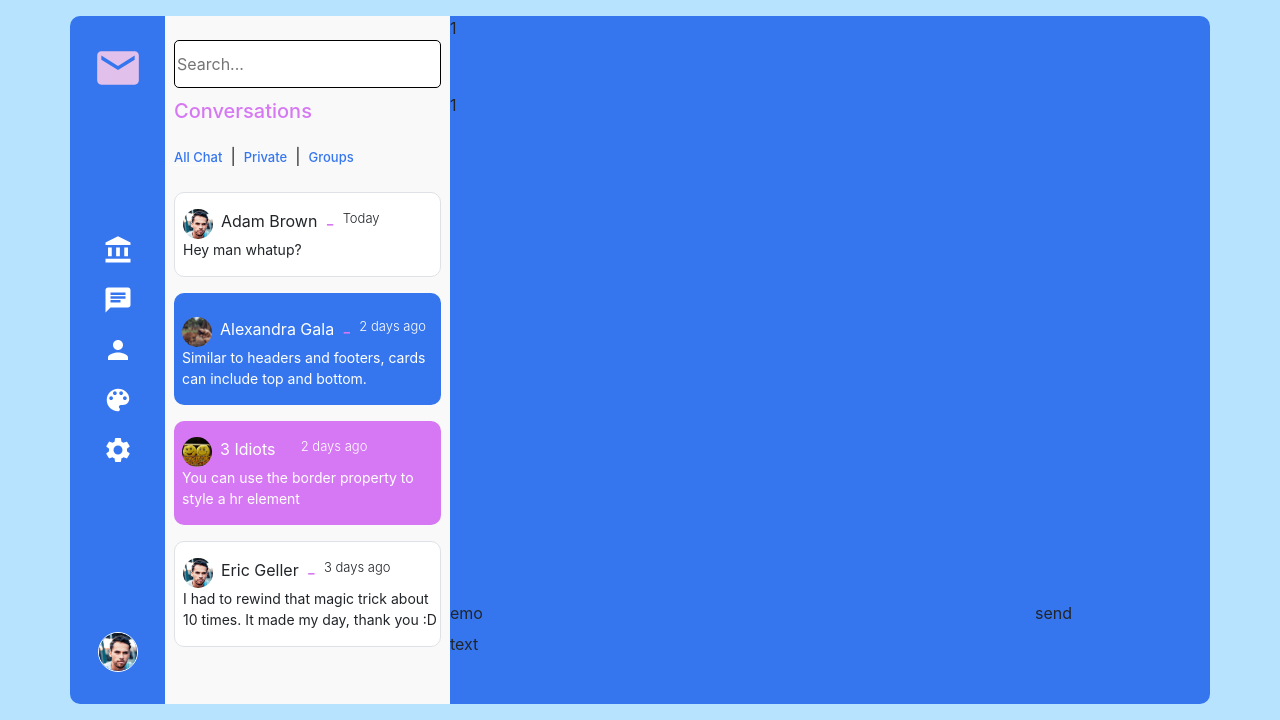
Repository: arafat877/super-chat
Page: /
The author's editor kept a copy of each file at every save. The page is drawn from the files as they stood at one save, then again after the next save.
The browser window is 1280 px wide. The pictures show the whole page.
The project was rebuilt for these pictures with package versions that can differ from the ones it lists, and the page was loaded fresh each time.

Above is the page before, as saved 2020-08-07 00:10:45.

After the next save:
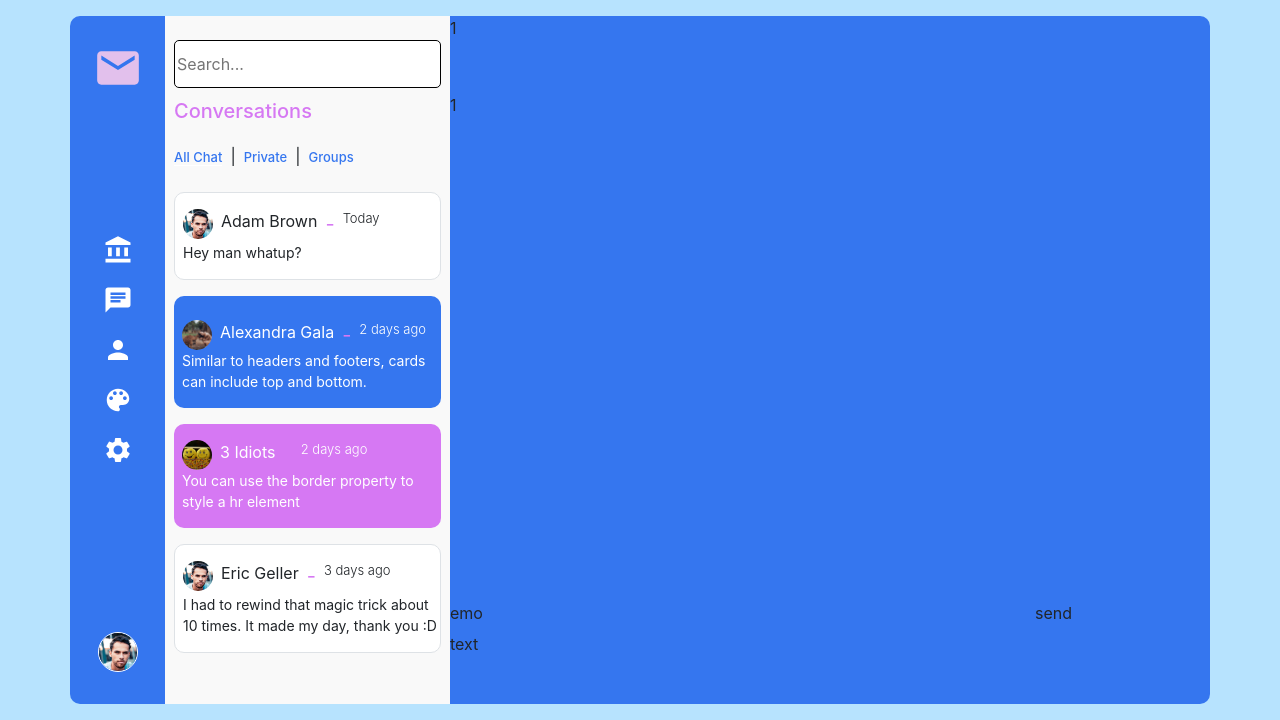
Saved 6 s later.
--- a/src/App.scss
+++ b/src/App.scss
@@ -114,10 +114,10 @@
             font-weight: 300;
           }
 
-          .hr {
-            border-color: rgb(214, 120, 243);
-            margin-bottom: 5px;
-          }
+        //   .hr {
+        //     border-color: rgb(214, 120, 243);
+        //     margin-bottom: 5px;
+        //   }
 
           .text {
             // color: white;
